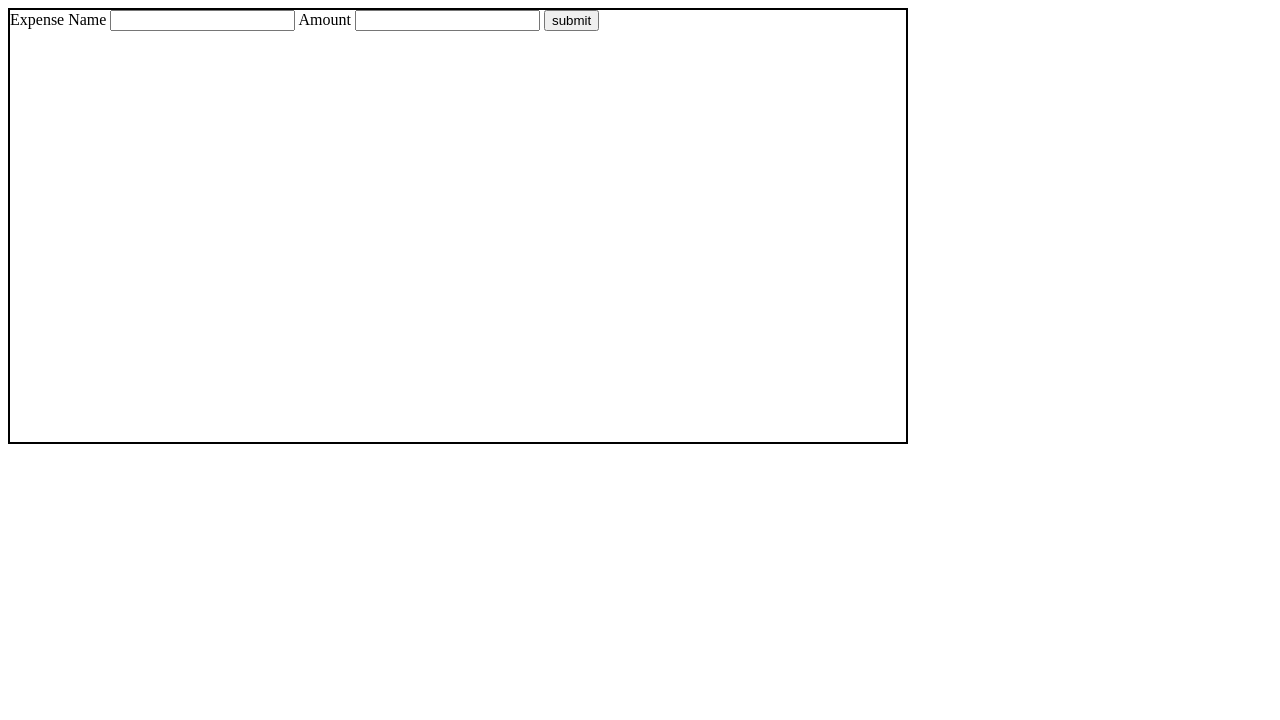
Repository: sarthak-tyagi123/expensetracker12
Page: http://localhost/
An editor plug-in stored every save of this project. The page is shown before and after the next save, followed by the edit.
The browser window is 1280 px wide. The pictures show the whole page.
The page is served by the project's Node server (app.js).

Above is the page before, as saved 2025-06-20 23:45:46.

After the next save:
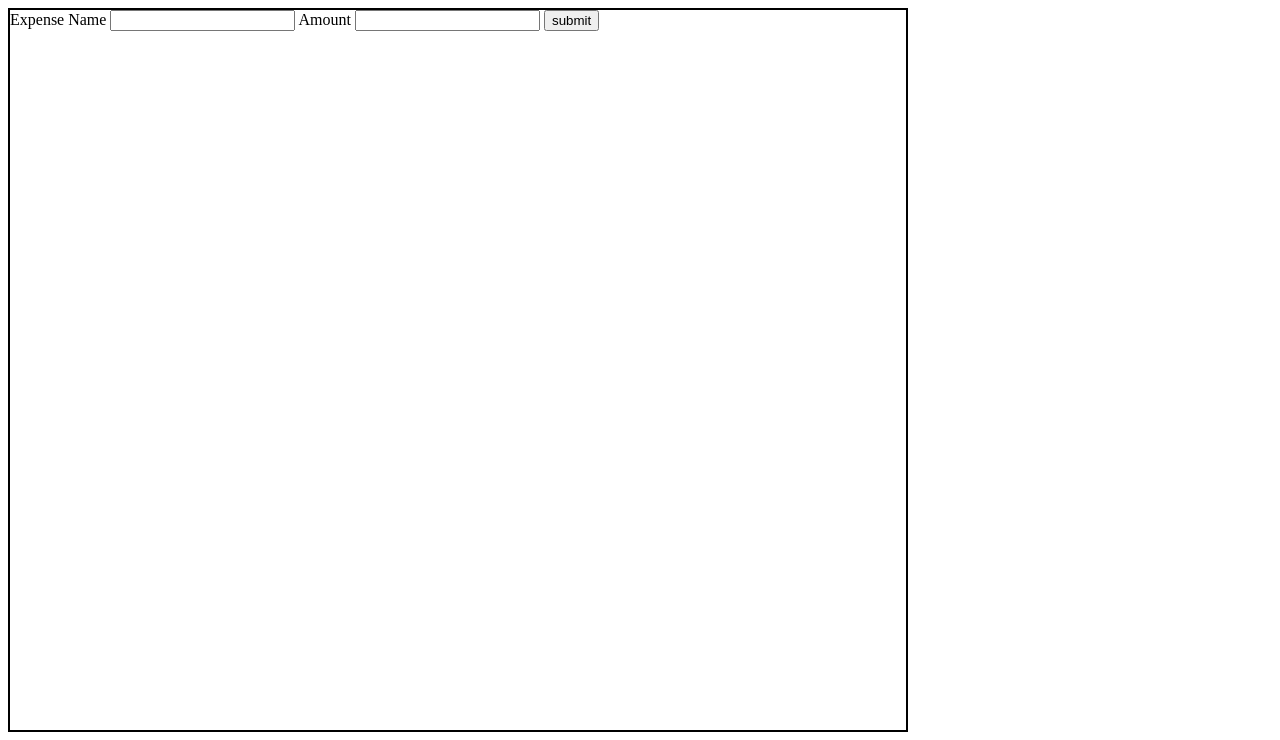
Saved 16 s later.
--- a/views/1.ejs
+++ b/views/1.ejs
@@ -6,7 +6,7 @@
     <title>Expense Tracker</title>
     <style>
         .container{
-            height:60vh;
+            height:100vh;
             width: 70vw;
             border: 2px solid black;
         }
